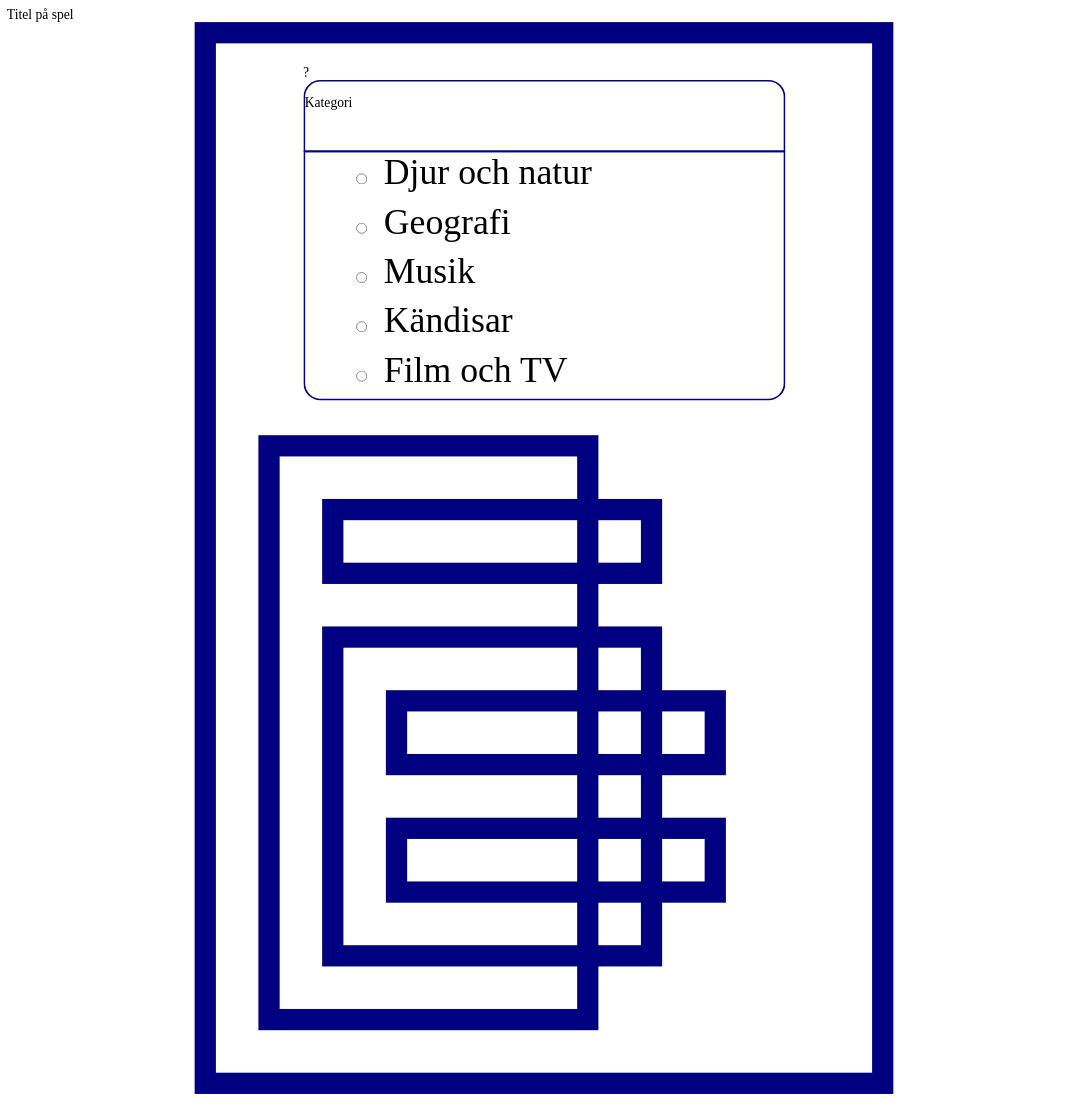
Repository: ed222gg/project2
Page: pages/start.html
The author's editor kept a record of every edit. The page is drawn from the files as they stood at one moment, then again after the next edit.
The browser window is 1280 px wide. The pictures show the whole page, at 85% of full size.

Above is the page before.

### pages/start.html
<!DOCTYPE html>
<html>

<head>
    <meta charset="utf-8" />
    <title>Index</title>
    <link rel="stylesheet" type="text/css" href="../css/style.css" />
</head>

<body>
    <header>Titel på spel</header>
    <main>
        <div id="container">
            <div id="help">?</div>
            <div id="CategoryTitle"><p>Kategori</div>
            <div id="categories">
                <ul>
                    <li><input type="radio" id="c0" name="category" value="0">Djur och natur</li>
                    <li><input type="radio" id="c1" name="category" value="1">Geografi</li>
                    <li><input type="radio" id="c2" name="category" value="2">Musik</li>
                    <li><input type="radio" id="c3" name="category" value="3">Kändisar</li>
                    <li><input type="radio" id="c4" name="category" value="4">Film och TV</li>
                </ul>




            </div>
        </div>
        <!-- <template id="tamplate"> -->
        <div id="gameLayout">
            <div id="topLayout"></div>
            <div id="bottomLayout">
                <div id="bottomLeft"></div>
            <div id="bottomRight"></div>
        </div>
        </div>
        <!-- </template> -->

    </main>
    <script src="../script/Game.js" type="text/javascript"></script>
</body>

</html>

<!-- main funktionen
   var template = document.querySelector('#template');
   var gameLayout = template.content.querySelector('#gameLayout').cloneNode(true);

   // om du vill hämta element i main funktionen
   gameLayout.questionP = gameLayout.querySelector('#question');
   gameLayout.questionP.innerHTML ='vem van vm 2011';

   // lägger ut allt
   container.appendChild(gameLayout);
   <--

### css/style.css
body{
    background: #FFFFFF;
}

main{
    /* float: right; */
  overflow: auto;
  margin: auto;
  width: 722px;
  padding: 25px;
  border: 25px solid navy;
}
header{}
input{

    margin: 20px;}

#template{ }
#gameLayout{
    float:left;
    width: 300px;
    padding: 25px;
    border: 25px solid navy;
    margin: 25px;}
#topLayout{
      float:left;
      width: 300px;
    padding: 25px;
    border: 25px solid navy;
    margin: 25px;}
#bottomLayout{   float:left;width: 300px;
    padding: 25px;
    border: 25px solid navy;
    margin: 25px;}
#bottomLeft{  float:left; width: 300px;
    padding: 25px;
    border: 25px solid navy;
    margin: 25px;}
#bottomRight{   float:left;width: 300px;
    padding: 25px;
    border: 25px solid navy;
    margin: 25px;}



#categories{  float:left;
    margin: 0px;
    padding: 0px;
    list-style-type: none;
}


#container{    overflow: auto;
  /* float: left; */
  width: 567px;
  padding: -29px;
 /* border: 8px solid navy;*/
  margin: auto;
}


#CategoryTitle{


  width: 563px;
  height: 81px;
  /* padding: 18px; */
  border: 2px solid navy;
  /* margin: 25px; */
  margin: auto;
  border-radius-top: 12px;
  border-top-left-radius: 20px;
  border-top-right-radius: 20px;

}


 ul{
  margin-top: -2px;
  width: 523px;
  border: 2px solid navy;
  border-bottom-left-radius: 20px;
  border-bottom-right-radius: 20px;

 }
 li{  /* width: 51px; */
  font-size: 42px;
  /* font-family: serif; */
  list-style-type: none;
  /* width: 200px; */
 }

input#c:hover {
  cursor:pointer;

 }

#li0{background-color:pink;}

### script/Game.js
"use strict"; //objekt.metod/egenskap(argument)

var Game= {

    pos: 0,
    categoryNr: undefined,
    test: undefined,
    testStatus: undefined,
    question: undefined,
    choice: undefined,
    choises: undefined,
    chA: undefined,
    chB: undefined,
    correct: 0,
    questionsArray: [],


    init: function() {
        var radios = document.getElementsByName('category'); // samla alla cetegoryelementen i en lista
        console.log(radios)

        for (var i = 0; i < radios.length; i++) {
            eventClick(i);
        }
        //funktionen eventclick som vi kallar på i forloopen ovan,
        //lägger en eventlistener på alla elementen i radios
        function eventClick(categoryId){
            radios[categoryId].addEventListener("click", function() {
            if (radios[categoryId].checked)
            {

                //nu har vi checkat samt vet vilket id categorin har. nu kan vi sätta rätt frågor. next step.
                //hmm hur var det jag hade tänkt nu då...
                console.log(categoryId)

            }


            });
        }



    },
};
//När sidan har laddads in så anropas init.
window.onload = Game.init;


 /* // main funktionen
   var template = document.querySelector('#template');
   var gameLayout = template.content.querySelector('#gameLayout').cloneNode(true);

   // om du vill hämta element i main funktionen
   gameLayout.questionP = gameLayout.querySelector('#question');
   gameLayout.questionP.innerHTML ='vem van vm 2011';

   // lägger ut allt
   container.appendChild(gameLayout);*/

After the next edit:
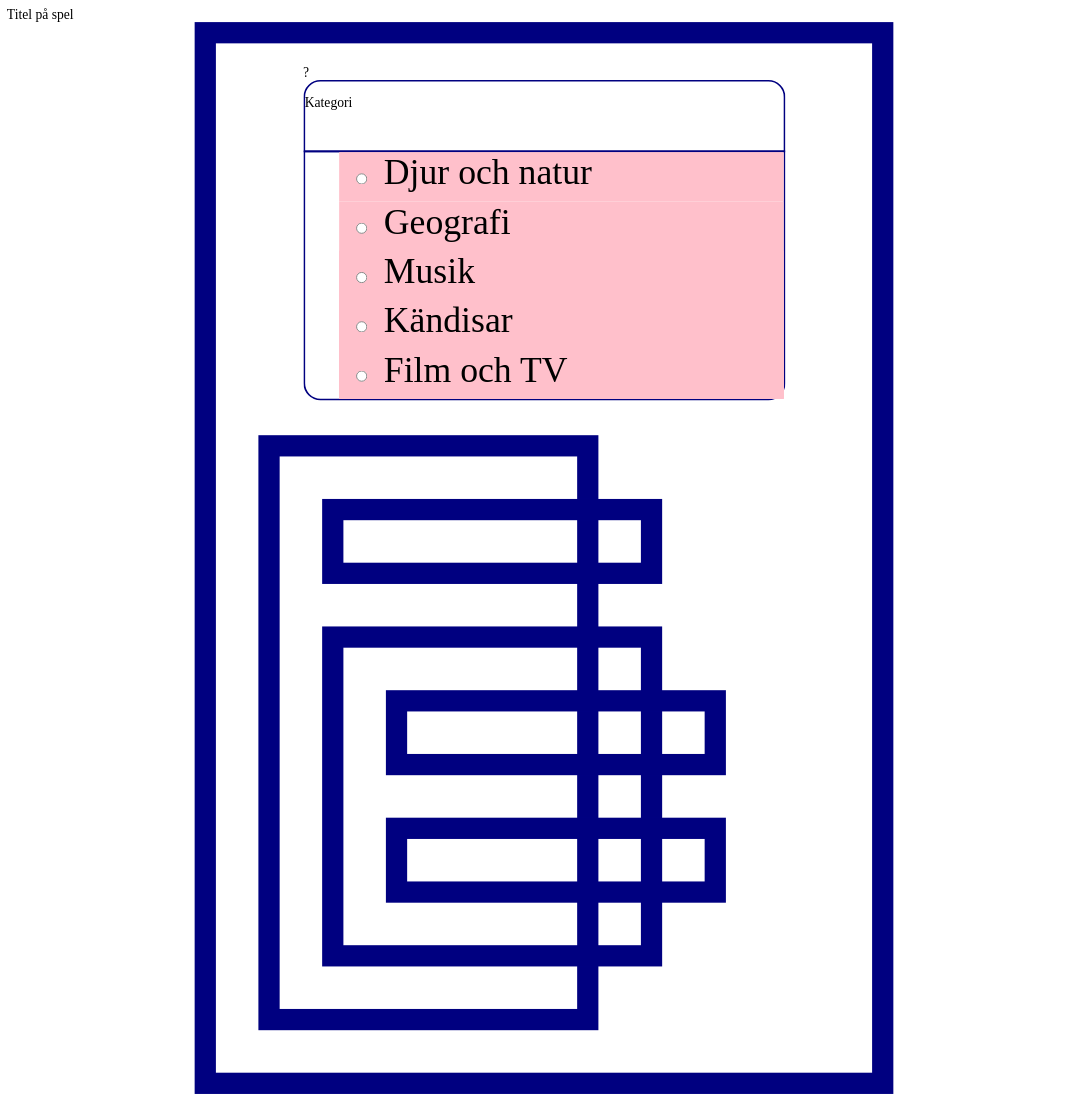
The edit:
--- a/pages/start.html
+++ b/pages/start.html
@@ -15,11 +15,11 @@
             <div id="CategoryTitle"><p>Kategori</div>
             <div id="categories">
                 <ul>
-                    <li><input type="radio" id="c0" name="category" value="0">Djur och natur</li>
-                    <li><input type="radio" id="c1" name="category" value="1">Geografi</li>
-                    <li><input type="radio" id="c2" name="category" value="2">Musik</li>
-                    <li><input type="radio" id="c3" name="category" value="3">Kändisar</li>
-                    <li><input type="radio" id="c4" name="category" value="4">Film och TV</li>
+                    <div id="li0"><li><input type="radio" id="c0" name="category" value="0">Djur och natur</li></div>
+                    <div id="li0"><li><input type="radio" id="c1" name="category" value="1">Geografi</li>
+                 <div id="li0">   <li><input type="radio" id="c2" name="category" value="2">Musik</li>
+                  <div id="li0"> <li><input type="radio" id="c3" name="category" value="3">Kändisar</li>
+                  <div id="li0">  <li><input type="radio" id="c4" name="category" value="4">Film och TV</li>
                 </ul>
 
 
